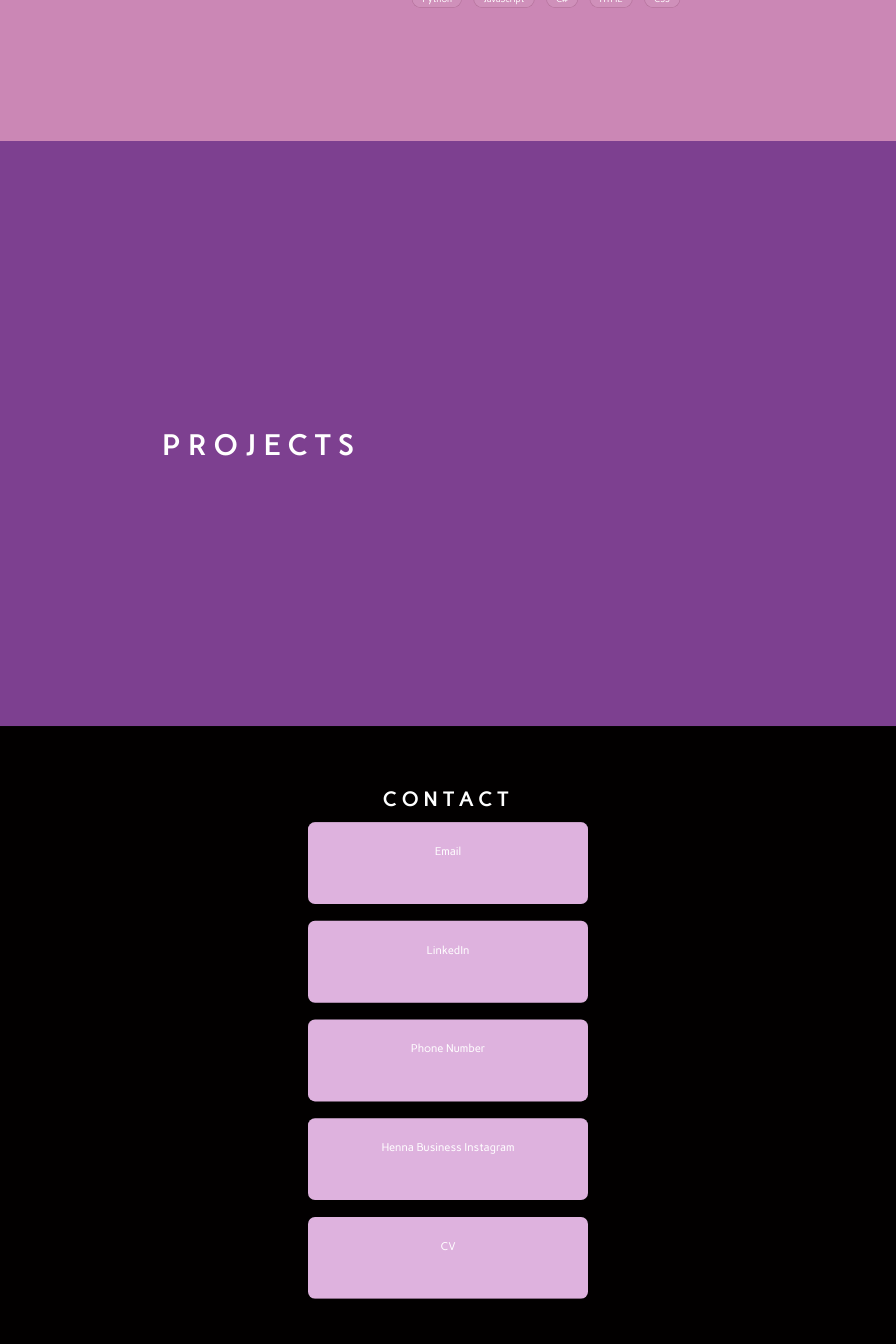
Repository: Rameen-A/Rameen-A
Page: index.html
These files come from the project's save history. The page is drawn as it stood at one moment and after the next save; the edit follows.
The browser window is 1280 px wide. The pictures show the part of the page from y = 1278 to 3198 px (the page is 3198 px tall before and 3164 px after), at 70% of full size.

Above is the page before, as saved 2026-05-05 15:07:49.

### index.html
<!DOCTYPE html>
<html lang="en">
  <head>
    <meta charset="UTF-8" />
    <meta name="viewport" content="width=device-width, initial-scale=1.0" />
    <title>My Portfolio Project</title>
    <link rel="stylesheet" href="styles/globals.css" />
    <link rel="stylesheet" href="styles/index.css" />
  </head>
  <body>
    <nav class="sidebar">
      <button class="menu-button">☰</button>
      <ul class="menu">
        <li><a href="#about">About me</a></li>
        <li><a href="#projects">View Projects</a></li>
        <li><a href="#contact">My Info </a></li>
      </ul>
    </nav>
    <!-- Hero Section -->
    <section class="hero">
      <article>
        <h1>Rameen Amir</h1>
        <h3>Computer Science student | Business Artist</h3>
        <a href="#projects">View Projects</a>
      </article>
    </section>
    <!-- About Me Section -->
    <section class="about" id="about">
      <img
        src="assets/images/686415663_1672869123865112_6993977710073232581_n.jpg"
        alt="Profile Picture"
      />
      <div class="about-content">
        <h2 class="aboutMe">About Me</h2>
        <p>
          I am a Computer Science student with a passion for business and
          creating. I have experience in c# and UI, project and management. I am
          always looking for new opportunities to learn and grow in both fields.
        </p>
        <p class="tools-labels">Tools & Technologies:</p>
        <ul class="tools-list">
          <li>Python</li>
          <li>JavaScript</li>
          <li>C#</li>
          <li>HTML</li>
          <li>CSS</li>
        </ul>
      </div>
    </section>
    <!-- Projects Section -->
    <section class="projects" id="projects">
      <h2>Projects</h2>
      <div class="cards">
        <article class="card">
          <h3>Pac-man game</h3>
          <p>
            A console PacMan style game built in C# for Programming 1. Features
            a live timer, score tracking, high score system, and a main menu
            rendered entirely in the terminal.
          </p>
          <p class="tech">C# · .NET · Console</p>
          <a href="" target="_blank">View Code</a>
        </article>
        <article class="card">
          <h3>Trash Sorting AI</h3>
          <p>
            A machine learning model trained on Teachable Machine to classify
            garbage into 4 categories: glass, plastic, paper, and metal.
            Integrated with a p5.js web app that sends predictions to a
            Raspberry Pi Pico via serial, lighting up different LEDs based on
            the result.
          </p>
          <p class="tech">
            Teachable Machine · p5.js · Arduino · Raspberry Pi Pico
          </p>
          <a href="" target="_blank">View Project</a>
        </article>
      </div>
    </section>
    <!-- Contact Section -->
    <section class="contact">
      <h2 id="contact">Contact</h2>
      <div class="contact-cards">
        <div class="contact-card">
          <p class="contact-label">Email</p>
          <a href="mailto:rameenamir.ca@gmail.com">rameenamir.ca@gmail.com</a>
        </div>

        <div class="contact-card">
          <p class="contact-label">LinkedIn</p>
          <a
            href="https://www.linkedin.com/in/rameen-amir-5a9912349/"
            target="_blank"
            >Rameen Amir</a
          >
        </div>
        <div class="contact-card">
          <p class="contact-label">Phone Number</p>
          <a href="tel:5145617912">514-561-7912</a>
        </div>
        <div class="contact-card">
          <p class="contact-label">Henna Business Instagram</p>
          <a
            href="https://www.instagram.com/henna_byrameen?igsh=OGZzczk1ZWl6bW9p"
            target="_blank"
            >Henna_byrameen</a
          >
        </div>
        <div class="contact-card">
          <p class="contact-label">CV</p>
          <a href="assets/images/rameen cv 26.png" target="_blank">View CV</a>
        </div>
      </div>
    </section>
  </body>
  <script>
    const button = document.querySelector(".menu-button");
    const menu = document.querySelector(".menu");
    const links = document.querySelectorAll(".menu a");

    button.addEventListener("click", () => {
      menu.classList.toggle("show");
    });

    links.forEach((link) => {
      link.addEventListener("click", () => {
        menu.classList.remove("show");
      });
    });
  </script>
</html>

### styles/globals.css
/* FONT DEFS */
@font-face {
    font-family: "main font";
    src: url(../assets/fonts/Carme/Carme-Regular.ttf);
  }

  /* CROSS PAGE STYLES */
  body {
    color: white;
    font-family: "main font", Verdana, sans-serif;
    margin:auto;
  }

  h1 {
    font-weight: bold;
    text-transform: uppercase;
    font-size: 1.5rem;
  }

  a {
    text-decoration: none;
    color: white;
    font-size: 0.75rem;
  }
  ul {
    list-style: none;
    padding: 0;
    margin: 0;
  }
a:hover{
    text-decoration: underline;

}

### styles/index.css
body {
  margin: 0;
  top: 0;
  background-color: black;
}

.hero {
  display: flex;
  align-items: center;
  justify-content: center;
  text-align: center;
  height: 100vh;

  background-image: url(../assets/images/9a61269bd961543ec7b161a66536ad3a.gif);
  background-size: cover;
  background-position: center;
  background-repeat: no-repeat;
}

section a {
  border: 2px solid white;
  padding: 0.5rem; /* rem for padding/margin */
  border-radius: 20px; /* px fine for offsets */
}

article {
  opacity: 0;
  transition: opacity 0.5s ease-in;
}
/*menu bar */
.menu {
  position: fixed;
  top: 0;
  left: -250px;
  width: 200px;
  height: 100vh;
  background: rgba(0, 0, 0, 0.9);

  display: flex;
  flex-direction: column;
  padding-top: 5rem;
}

.menu.show {
  left: 0;
  transition: left 0.3s ease;
}
.menu-button {
  opacity: 0.6;
  font-size: 2rem;

  background: transparent;
  border: none;
  outline: none;

  color: white;
  cursor: pointer;
}

/*about me section */
.about {
  display: flex;
  align-items: center;
  justify-content: center;
  min-height: 100vh;
  text-align: center;

  background-color: rgb(203, 135, 181);
}
.about h2 {
  font-size: 1.75rem;
  margin-bottom: 1rem;
  letter-spacing: 0.3em;
  text-transform: uppercase;
}
.about-content {
  display: flex;
  flex-direction: column;
  align-items: center;
  gap: 1.5rem;
  margin: 0 1rem;
  max-width: 500px;
  text-align: left;
}
.about img {
  object-fit: cover; /*internet */
  border-radius: 50%;
  display: inline-block;
  vertical-align: middle;
  border: 3px solid rgba(118, 20, 57s, 0.2);
  width: 100%;
  max-width: 280px;
  height: auto;
  overflow: hidden;
}
.about-list li {
  font-size: 0.95rem;
  line-height: 1.5;
}

.tools-labels {
  font-size: 0.8rem;
  text-transform: uppercase;
  letter-spacing: 0.08em;
  text-align: left;
  margin-bottom: 0.5rem;
}
.tools-list {
  display: flex;
  flex-wrap: wrap; /* allows items to wrap / internet*/
  gap: 1rem;
  text-align: left;
}
.tools-list li {
  background-color: rgba(255, 252, 252, 0.08);
  border: 1px solid rgba(82, 4, 35, 0.2);
  border-radius: 20px;
  padding: 0.3rem 0.85rem;
  font-size: 0.8rem;
}
/*PROJECTS*/
.projects {
  display: flex;
  justify-content: center;
  min-height: 100vh;
  background-color: rgb(125, 64, 144);
  align-items: center;
  padding-top: 4rem;
  padding-bottom: 3rem;
}
.projects h2 {
  font-size: 1.75rem;
  margin-bottom: 1rem;
  letter-spacing: 0.3em;
  text-transform: uppercase;
}

.cards {
  display: flex;
  flex-direction: column;
  gap: 1.5rem;
  align-items: center;
  margin: 0 1rem;
  max-width: 500px;
  text-align: left;
}
.card {
  background-color: #e18de1;
  border: 1px solid rgba(230, 216, 225, 0.1);
  border-radius: 10px;
  padding: 1.5rem;
  text-align: left;
  display: flex;
  flex-direction: column;
  align-items: center;
  gap: 1.5rem;
  margin: 0 1rem;
  max-width: 500px;
}

.card:hover {
  border-color: rgba(180, 26, 26, 0.4);
}

.card h3 {
  font-size: 1.1rem;
  margin-bottom: 0.5rem;
}

.card p {
  font-size: 0.9rem;
  line-height: 1.6;
  opacity: 0.8;
  margin: 0 0 0.5rem 0;
}

.card .tech {
  font-size: 0.75rem;
  opacity: 0.5;
  margin: 0.75rem 0;
}

.card a {
  display: inline-block;
  border: 1px solid rgb(244, 239, 242);
  padding: 0.4rem 1rem;
  border-radius: 20px;
  font-size: 0.8rem;
  margin-top: 0.5rem;
}

.card a:hover {
  background-color: rgb(247, 235, 235);
  color: #0a1628;
  text-decoration: none;
}

section:hover article {
  opacity: 1;
}
/*CONTACT PAGE*/
.contact {
  display: flex;
  flex-direction: column;
  align-items: center;

  min-height: 100vh;
  padding: 4rem 1rem;

  background-color: rgb(2, 0, 0);
}
.contact h2 {
  font-size: 1.75rem;
  margin-bottom: 1rem;
  letter-spacing: 0.3em;
  text-transform: uppercase;
}
.contact-cards {
  display: flex;
  flex-direction: column;
  gap: 1.5rem;
  width: 100%;
  max-width: 400px;
}
.contact-card {
  background-color: #deb2de;
  padding: 1rem;
  border-radius: 10px;
  text-align: center;
  position: relative;
  overflow: hidden;
}
.default {
  display: block;
  transition: opacity 0.3s ease;
}
.hover-text {
  position: absolute;
  inset: 0; /* fills the card */

  display: flex;
  align-items: center;
  justify-content: center;

  opacity: 0;
  transition: opacity 0.3s ease;
}
.contact-card a {
  opacity: 0;
  transition: opacity 0.3s ease;
  display: block;
  margin-top: 0.5rem;
  background-color: rgb(8, 0, 8);
}
.contact-card:hover a {
  opacity: 1;
  background-color: #ed8eda;
}
.contact-card:hover .default {
  opacity: 0;
}

.contact-card:hover .hover-text {
  opacity: 1;
}
.contact-card .label {
  font-size: 1rem;
  text-transform: uppercase;
}

/* nav mods */
nav {
  position: sticky;
  top: 0;
}

nav ul {
  display: flex;
  justify-content: flex-end;
  margin: 0;
}

nav ul li {
  list-style: none;
  margin: 1rem;
}

/*mobile-first */

nav ul {
  justify-content: center;
}
@media (min-width: 768px) {
  .about h2,
  .projects h2 {
    font-size: 2.5rem;
  }
}

/*Tablet and desktop support*/
@media (min-width: 768px) {
  nav ul {
    justify-content: flex-end;
  }
}

After the next save:
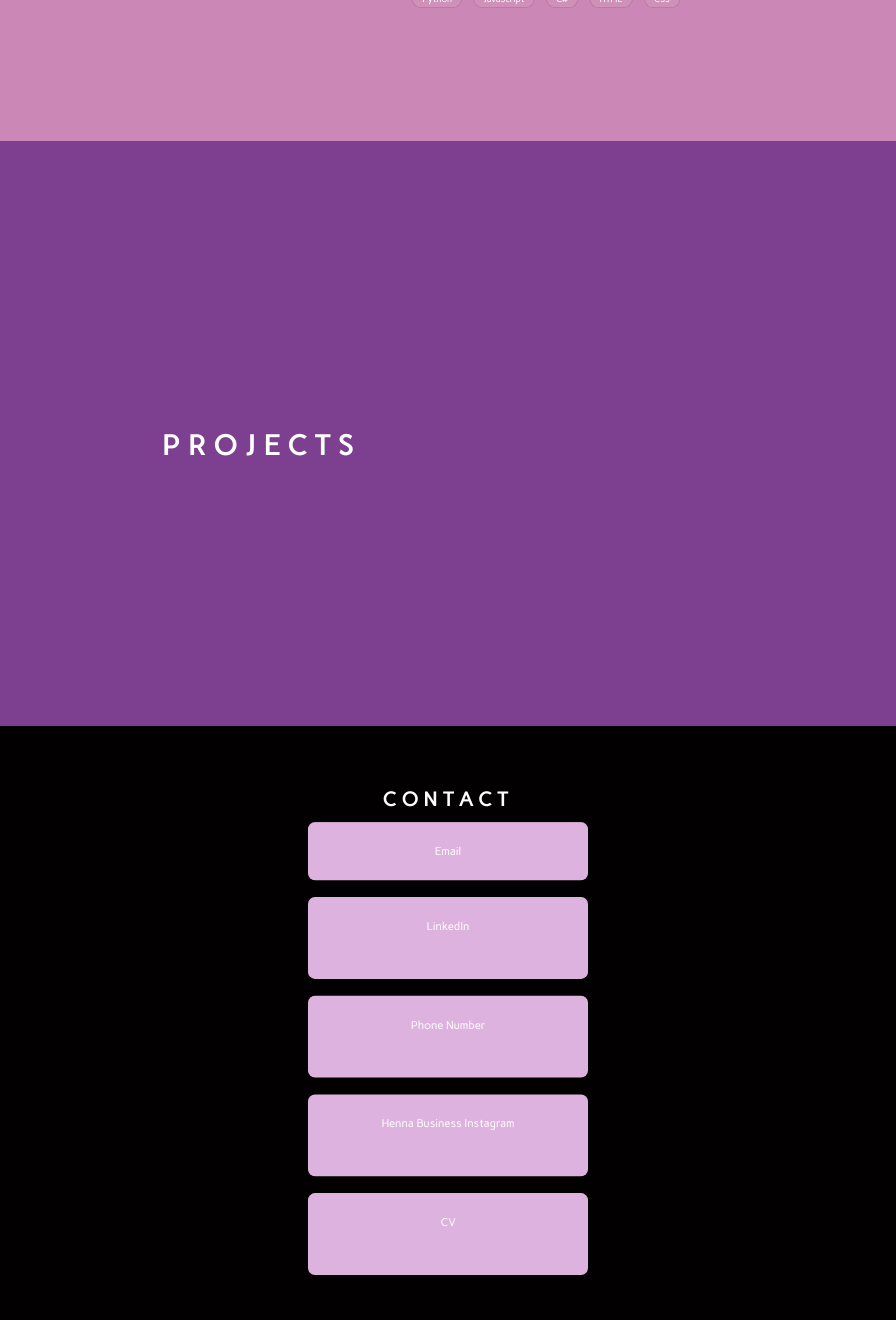
Saved 15 s later.
--- a/index.html
+++ b/index.html
@@ -82,8 +82,10 @@
       <h2 id="contact">Contact</h2>
       <div class="contact-cards">
         <div class="contact-card">
-          <p class="contact-label">Email</p>
-          <a href="mailto:rameenamir.ca@gmail.com">rameenamir.ca@gmail.com</a>
+          <p class="default">Email</p>
+          <a href="mailto:rameenamir.ca@gmail.com" class="hover-text"
+            >rameenamir.ca@gmail.com</a
+          >
         </div>
 
         <div class="contact-card">
